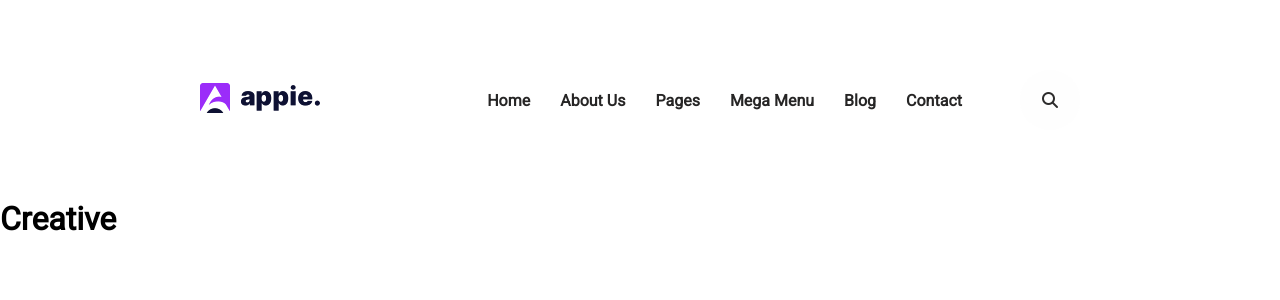
Repository: northpx/landingpage
Page: index.html
The author's editor kept a copy of each file at every save. The page is drawn from the files as they stood at one save, then again after the next save.
The browser window is 1280 px wide. The pictures show the whole page.

Above is the page before, as saved 2022-12-26 09:42:44.

After the next save:
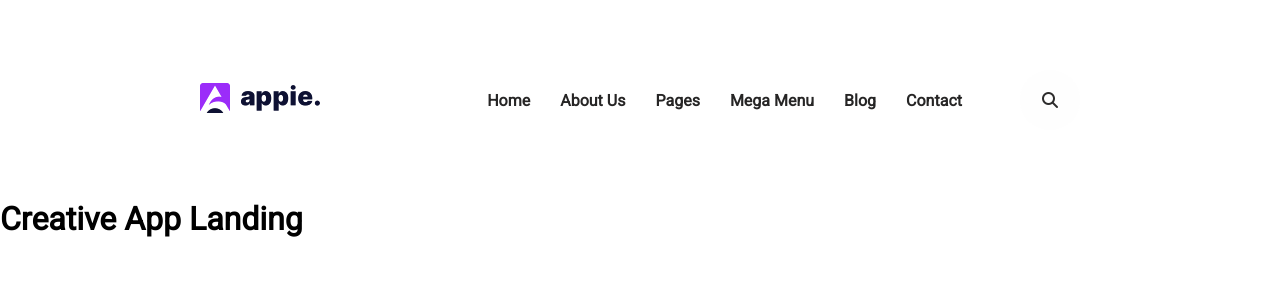
Saved 5 s later.
--- a/index.html
+++ b/index.html
@@ -38,7 +38,7 @@
         </div>
         <div class="header">
             <div class="header_content">
-                <h1>Creative</h1>
+                <h1>Creative App Landing</h1>
             </div>
         </div>
     </div>
